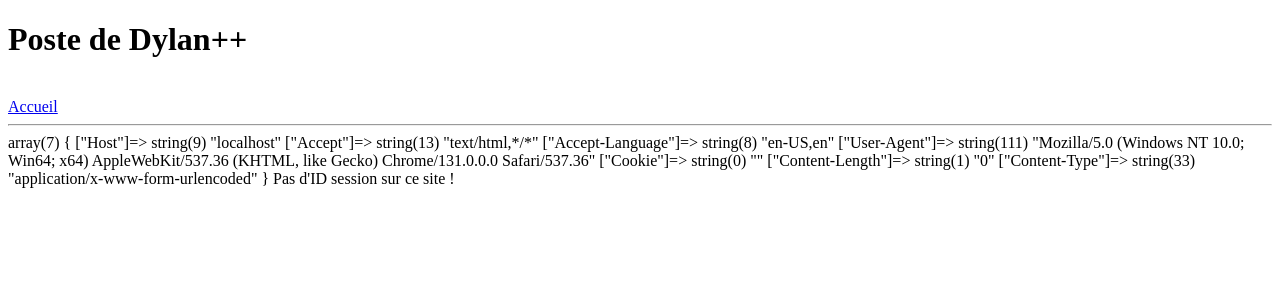
Repository: DylanCahu/cookie
Page: http://localhost/Cookies/consult.php
An editor plug-in stored every save of this project. The page is shown before and after a run of saves, followed by the edit.
The browser window is 1280 px wide. The pictures show the whole page.
The page is run by PHP 8.4 with error messages shown; the project is at /var/www/html/.

Above is the page before, as saved 2021-12-13 09:18:00.

After the next 2 saves:
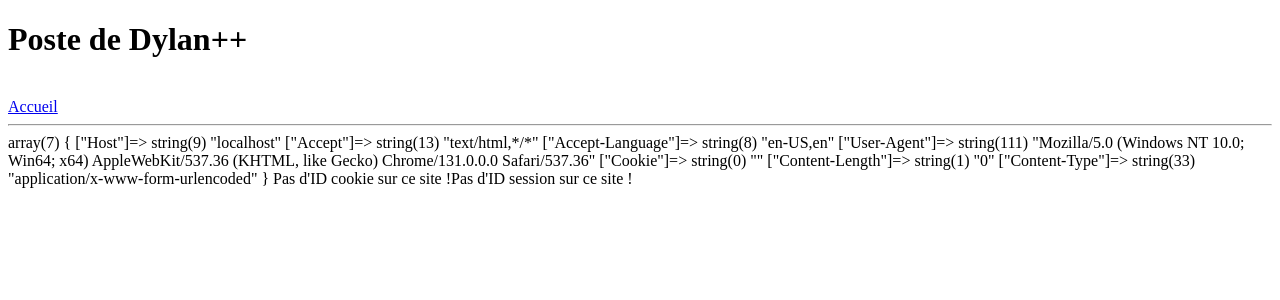
The 2 saves are shown as one change because they came seconds apart.
The last was saved 8 s later.
--- a/consult.php
+++ b/consult.php
@@ -16,12 +16,12 @@
 $tabhead = getallheaders();
 var_dump($tabhead);
 
-// if (isset($_COOKIE['numClient'])) {
-//     echo "<h3>Votre ID est: " . $_COOKIE['numClient'] . " ";
-// } else {
-//     echo "Pas d'ID, BOUUUH !"
-//     ;
-// }
+if (isset($_COOKIE['numClient'])) {
+    echo "<h3>Votre ID est: " . $_COOKIE['numClient'] . " ";
+} else {
+    echo "Pas d'ID cookie sur ce site !"
+    ;
+}
 
 session_start();
 
